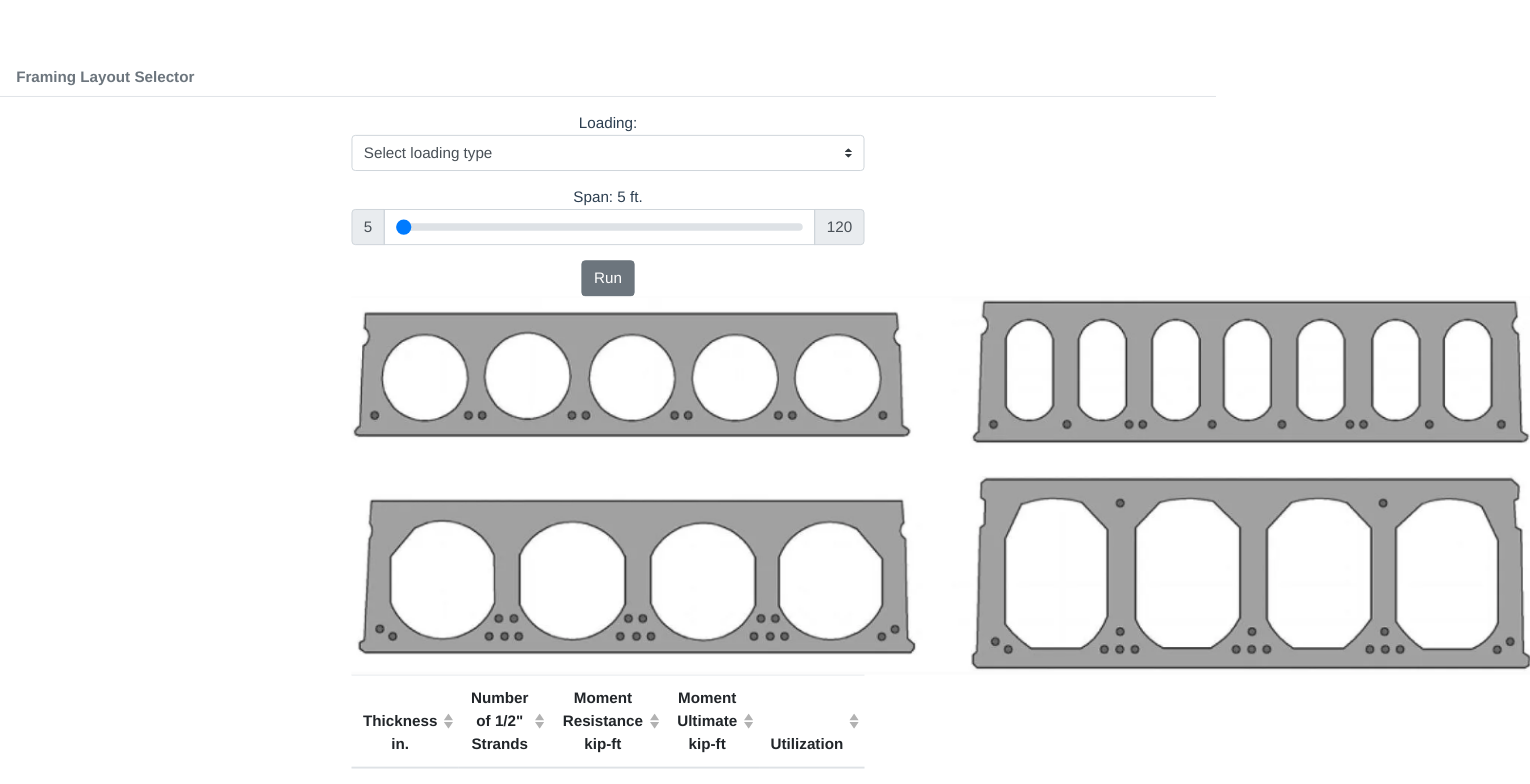
Repository: kanwarjohal/framingconceptclient
Page: /
The author's editor kept a copy of each file at every save. The page is drawn from the files as they stood at one save, then again after a run of saves.
The browser window is 1280 px wide. The page is 1611 px wide, then 1280 px, so the pictures cover 1611 px, including what lies to the right of the window. The pictures show the whole page, at 95% of full size.
Pictures or frames that could not be fetched are drawn as grey boxes. The page's requests for data from a server got no answer. The project was rebuilt for these pictures with package versions that can differ from the ones it lists, and the page was loaded fresh each time. No one was signed in, and anything a server would have sent is missing.

Above is the page before, as saved 2020-04-10 18:15:24.

### src/main.js
import Vue from 'vue'
import App from './App.vue'
import { BootstrapVue} from 'bootstrap-vue'
import 'bootstrap/dist/css/bootstrap.css'
import 'bootstrap-vue/dist/bootstrap-vue.css'
import axios from 'axios'
import VueAxios from 'vue-axios'

// Install BootstrapVue
Vue.use(BootstrapVue)
Vue.prototype.$http = axios

Vue.config.productionTip = false

new Vue({
  render: h => h(App),
}).$mount('#app')

### src/components/Header.vue
<template>
    <div>
        <b-nav tabs>
            <b-nav-item disabled><b>Framing Layout Selector</b></b-nav-item>
        </b-nav>
    </div>
</template>

### src/components/LoadingType.vue


<template>
<div>
    <!-- <div class="mt-3">Building Type:</div>
    <div>
    <b-form-select v-model="selected_building">
        <option value="Select building">Select building type.</option>
        <option :value="l.loading_type" v-for="l in firstliveload" :key="l.loading">{{l.loading_type}}</option>
    </b-form-select>
    </div> -->
    <div class="mt-3">Loading:</div>
    <div>
    <b-form-select v-model="selected_loading">
        <option value="Select loading">Select loading type</option>
        <option :value="[l.occupancy, l.use, l.uniformloadpsf]" v-for="l in firstliveload">{{l.occupancy +" "+ l.use +" : "+ l.uniformloadpsf}} psf </option>
    </b-form-select>
    </div>
    <div class="mt-3">Span: {{ input_span }} ft.</div>
    <!-- <div id="app">
        <input id="my-field" v-model="input_span">
    </div> -->
    <div>
        <b-input-group prepend="5" append="120">
        <b-form-input type="range" min="5" max="120" v-model="input_span"></b-form-input>
        </b-input-group>
    </div>
    <div class="mt-3">
        <b-button v-on:click="postPost">Run</b-button>
    </div>
    <div>
        <img src="/hollowcoresections.png">
    </div>
    <div>
    <b-table striped hover :items="hollowcoreitems" :fields="fields"></b-table>
    </div>
</div>
</template>


<script>
import axios from 'axios'
    export default {
        data(){
                return{selected_loading:"Select loading",
                selected_building:"Select building",
                input_span:"5", hollowcoreitems:[],
                fields: [
                    {
                    key: 'depth',
                    label: 'Thickness in.',
                    sortable: true
                    },
                    {
                    key: 'strands13mm',
                    label: 'Number of 1/2" Strands',
                    sortable: true
                    },
                    {
                    key: 'mr',
                    label: 'Moment Resistance kip-ft',
                    sortable: true,
                    },
                    {
                    key: 'mu',
                    label: 'Moment Ultimate kip-ft',
                    sortable: true
                    },
                    {
                    key: 'utilization',
                    label: 'Utilization',
                    sortable: true
                    },
                ],
                }
        },
        props: {
            firstliveload: Array
        },
        methods: {
            postPost: function() {
                axios({
                    method: 'post',
                    url: 'https://strukanwar.herokuapp.com/framingrequest',
                    data: { userinput: this.selected_loading,
                            span: this.input_span
                    }
                }).then((response) => {
                    console.log(response.data)
                    this.hollowcoreitems = response.data
                })
            }
        }
    }
</script>

//    .then((response) => {
//                 return response.json()
//             })
//             .then((jsonData) => {
//                 this.framingresponse = jsonData.framingresponse;
//             })

Loaded but not shown: public/index.html (common file); src/App.vue (common file)

After the next 4 saves:
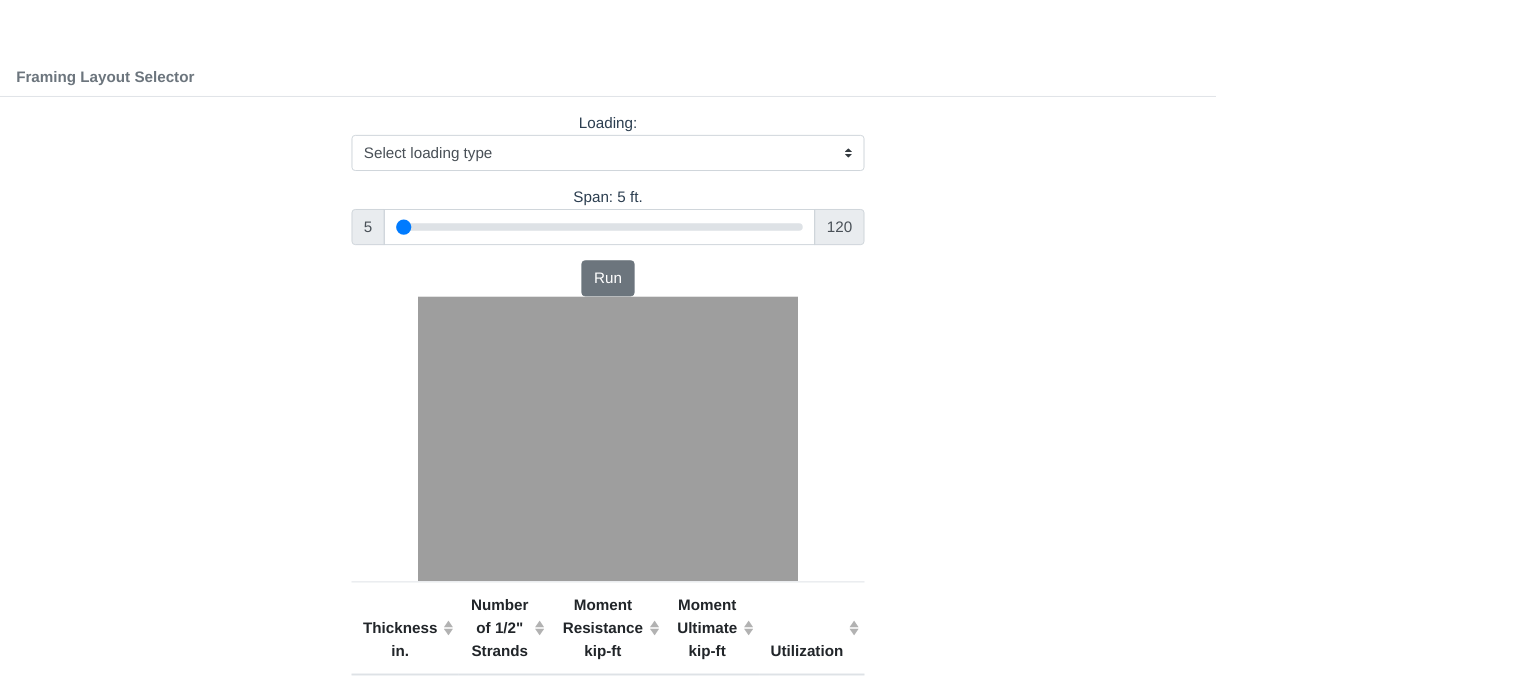
The 4 saves are shown as one change because 3 did not build or start.
The last was saved 12 min 0 s later.
--- a/src/components/LoadingType.vue
+++ b/src/components/LoadingType.vue
@@ -29,7 +29,7 @@
         <b-button v-on:click="postPost">Run</b-button>
     </div>
     <div>
-        <img src="/hollowcoresections.png">
+        <img src="@../assets/hollowcoresections.png"/>
     </div>
     <div>
     <b-table striped hover :items="hollowcoreitems" :fields="fields"></b-table>
